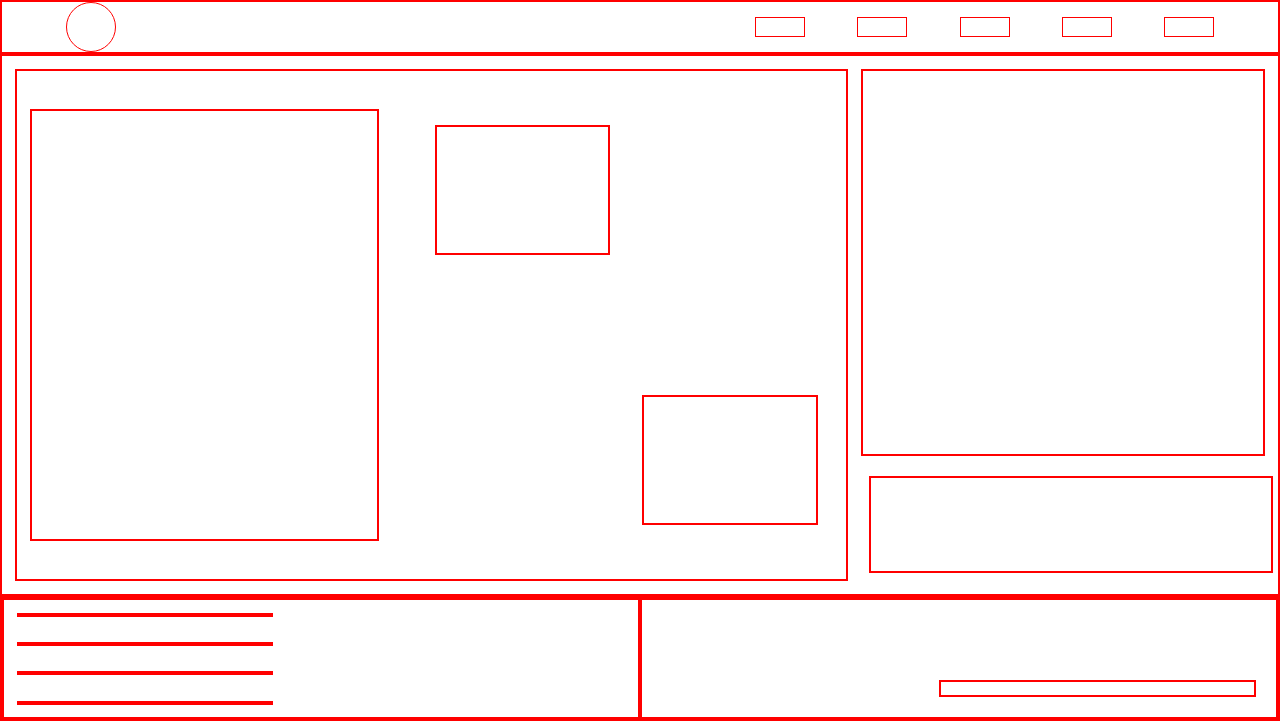
Repository: archangel88/elbrus_homework
Page: phase-0/week-3/day-4/flexbox/index.html
These files come from the project's save history. The page is drawn as it stood at one moment and after the next save; the edit follows.
The browser window is 1280 px wide. The pictures show the whole page.

Above is the page before, as saved 2025-10-10 01:07:42.

### phase-0/week-3/day-4/flexbox/index.html
<!DOCTYPE html>
<html lang="en">
<head>
    <meta charset="UTF-8">
    <link rel="stylesheet" href="./css/styles.css">
    <title>Flexbox</title>
</head>
<body>
    <div class="flex-container">
        <header>
            <div class="header">
                <div class="logo"></div>
                <nav class="menu">
                    <div class="item1"></div>
                    <div class="item2"></div>
                    <div class="item3"></div>
                    <div class="item4"></div>
                    <div class="item5"></div>
                </nav>
            </div>
        </header>
        <main class="content">
            <div class="left block">
                <div class="block1 block"></div>
                <div class="block2 block"></div>
                <div class="block3 block"></div>
            </div>
            <div class="right">
                <div class="block1 block"></div>
                <div class="block2 block"></div>
            </div>
        </main>
        <footer class="footer">
            <div class="left block">
                <div class="block1 block"></div>
                <div class="block2 block"></div>
                <div class="block3 block"></div>
                <div class="block4 block"></div>
            </div>
            <div class="right block">
                <div class="block1 block"></div>
            </div>
        </footer>
    </div>
</body>
</html>

### phase-0/week-3/day-4/flexbox/css/styles.css
* {
    margin: 0;
    padding: 0;
    box-sizing: border-box;
}

.flex-container {
    width: 100vw;
    height: 100vh;

    display: flex;
    flex-direction: column;
    justify-content: space-between;
}

header {
    width: 100%;
    height: 100px;
    border: 2px solid rgb(255, 0, 0);

    display: flex;
    justify-content: center;
    align-items: center;
}

.header {
    display: flex;
    align-items: center;
    justify-content: space-between;

    width: 90%;
    height: 80%;
}

.logo {
    width: 50px;
    height: 50px;
    border-radius: 50%;
    border: 1px solid red;
}

.menu {
    display: flex;
    justify-content: space-between;
    width: 40%;
}

.menu > div {
    width: 50px;
    height: 20px;
    border: 1px solid rgb(255, 0, 0);
}

.content{
    display: flex;
    border: 2px solid rgb(255, 0, 0);
    height: 100%;
}

.content .block{
    border: 2px solid red;
}

.content .left{
    width: 66.6%;
    display: flex;
    padding: 3% 1%;
    margin: 1%;
}

.content .right{
    width: 33.3%;
    display: flex;
    flex-direction: column;
    padding: 1% 1% 1% 0;
}

.content .left .block1{
    height: 60vh;
    display: flex;
    width: 66.6%;
    margin-right: 5%;
}

.content .left .block2, .content .left .block3{
    height: 30%;
    width: 33.3%;
}

.content .left .block3{
    align-self: flex-end;
}

.content .right .block1{
    height: 80%;
    width: 100%;
}

.content .right .block2{
    height: 20%;
    width: 100%;
    margin-top: 5%;
}

.block{
    border: 2px solid rgb(255, 0, 0);
}

.footer{
    display: flex;
    border: 2px solid red;
    height: 43%;

}

.footer .block{
    border: 2px solid red;
}

.footer .left{
    width: 50%;
    height: 100%;
    display: flex;
    flex-direction: column;
    justify-content: space-around;
}

.footer .right{
    width: 50%;
    height: 100%;
    display: flex;
    align-items: flex-end;
    justify-content: flex-end;
}

.footer .left .block1,.block2,.block3,.block4{
    height: 10%;
    width: 20vw;
    margin: 2%;
}

.footer .right .block{
    height: 15%;
    width: 50%;
    margin: 20px;
}

After the next save:
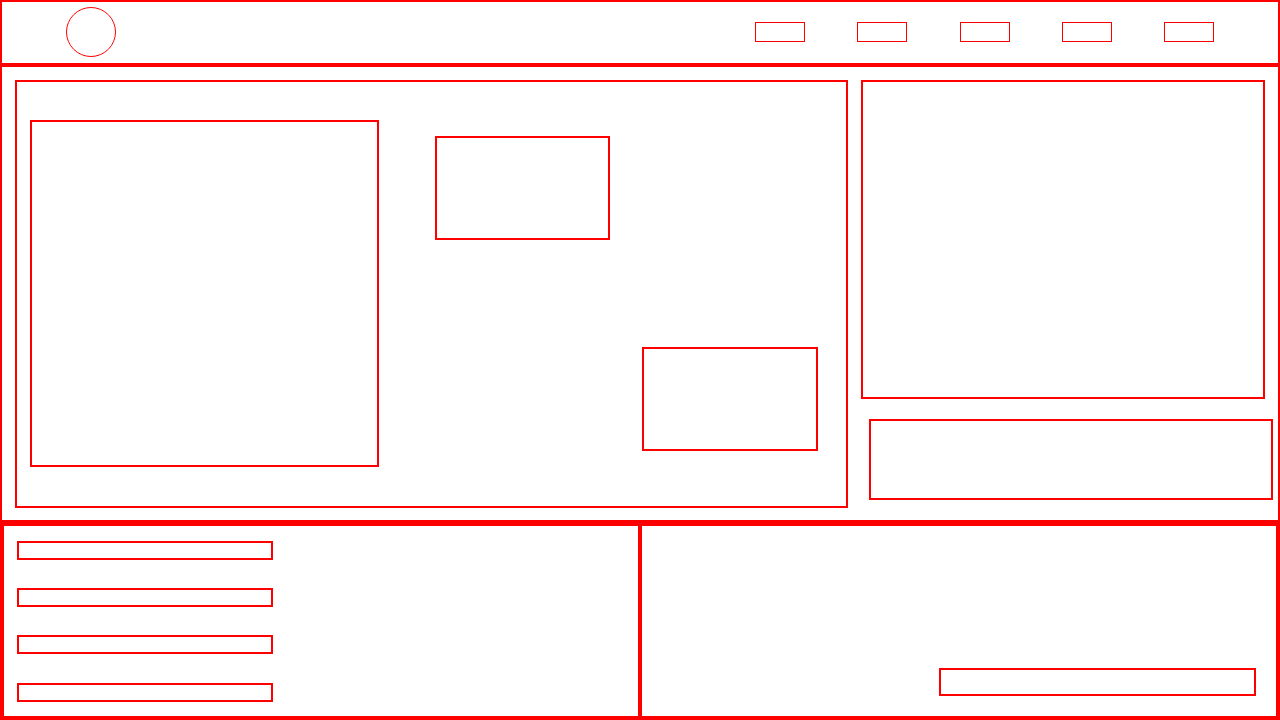
Saved 2 min 30 s later.
--- a/phase-0/week-3/day-4/flexbox/css/styles.css
+++ b/phase-0/week-3/day-4/flexbox/css/styles.css
@@ -76,7 +76,7 @@
 }
 
 .content .left .block1{
-    height: 60vh;
+    height: 100%;
     display: flex;
     width: 66.6%;
     margin-right: 5%;

After the save that followed:
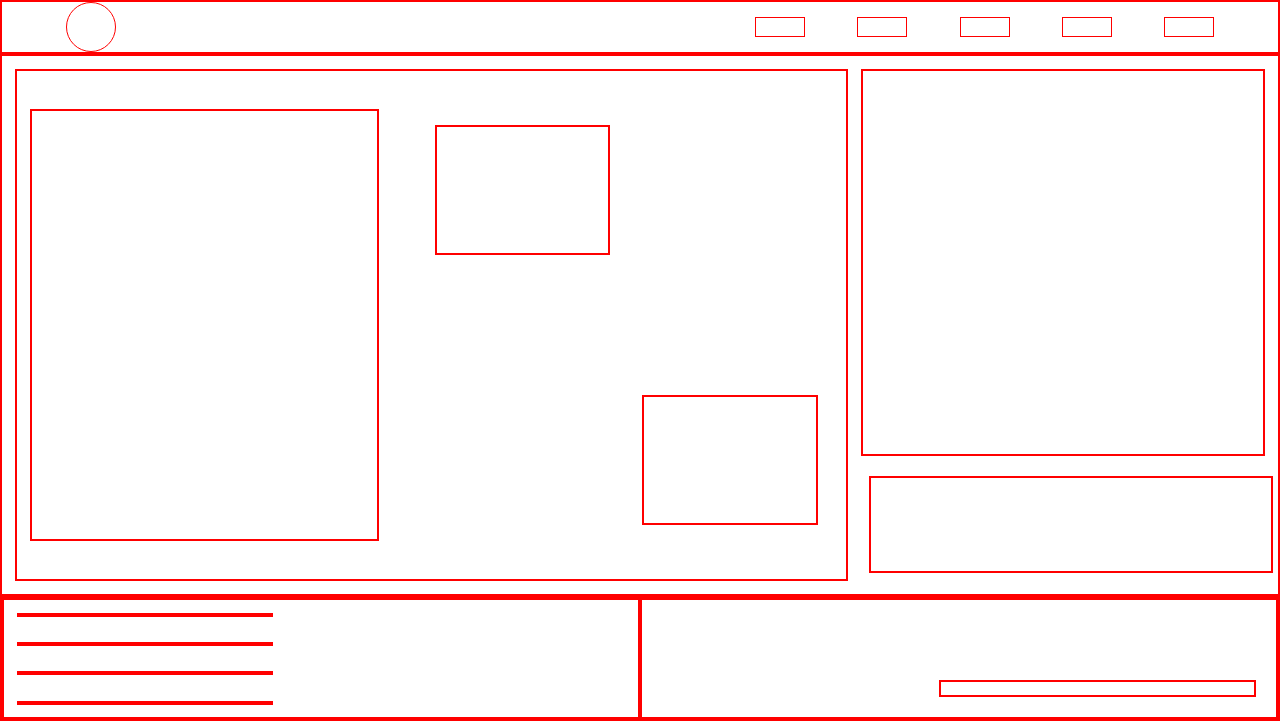
Saved 10 s later.
--- a/phase-0/week-3/day-4/flexbox/css/styles.css
+++ b/phase-0/week-3/day-4/flexbox/css/styles.css
@@ -76,7 +76,7 @@
 }
 
 .content .left .block1{
-    height: 100%;
+    height: 60vh;
     display: flex;
     width: 66.6%;
     margin-right: 5%;
